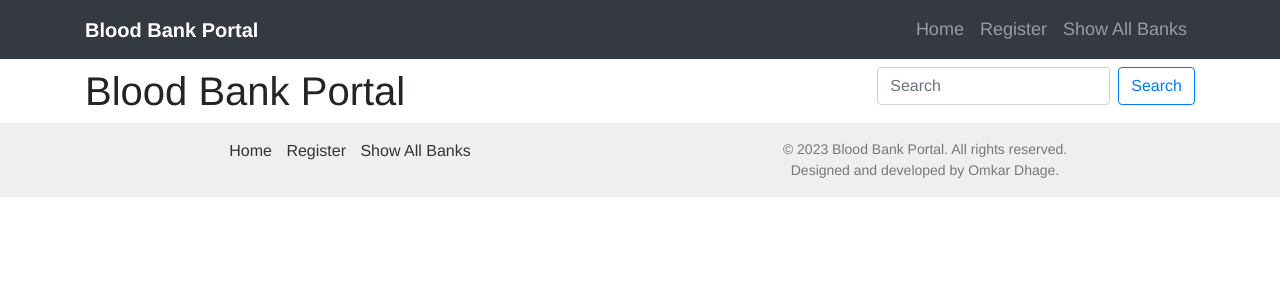
Repository: omi4535/Decentralized_Blood_Bank_System
Page: http://localhost/blood_bank_system/banks
The author's editor kept a copy of each file at every save. The page is drawn from the files as they stood at one save, then again after the next save.
The browser window is 1280 px wide. The pictures show the whole page.
Some web libraries are served in a nearby version. The page is served by Tomcat 9. Queries for data that is not in the repository find no rows.

Above is the page before, as saved 2023-07-03 15:43:35.

After the next save:
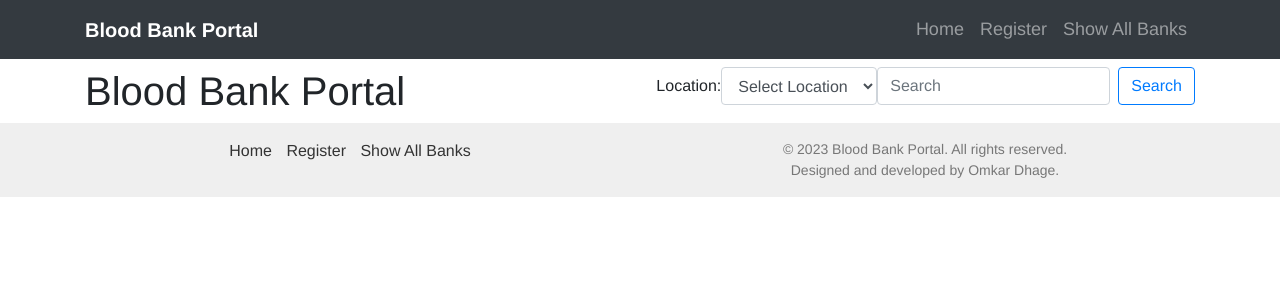
Saved 4 min 6 s later.
--- a/blood bank system/src/main/webapp/All_banks.jsp
+++ b/blood bank system/src/main/webapp/All_banks.jsp
@@ -26,6 +26,16 @@
             </div>
             <div class="col-md-6">
                 <form class="form-inline float-right">
+                 <div class="form-group">
+                        <label for="location">Location:</label>
+                        <select class="form-control" id="location">
+                            <option value="">Select Location</option>
+                            <option value="Location 1">Location 1</option>
+                            <option value="Location 2">Location 2</option>
+                            <option value="Location 3">Location 3</option>
+                            <!-- Add more options as needed -->
+                        </select>
+                    </div>
                     <input class="form-control mr-sm-2" type="search" placeholder="Search" aria-label="Search">
                     <button class="btn btn-outline-primary my-2 my-sm-0" type="submit">Search</button>
                 </form>
